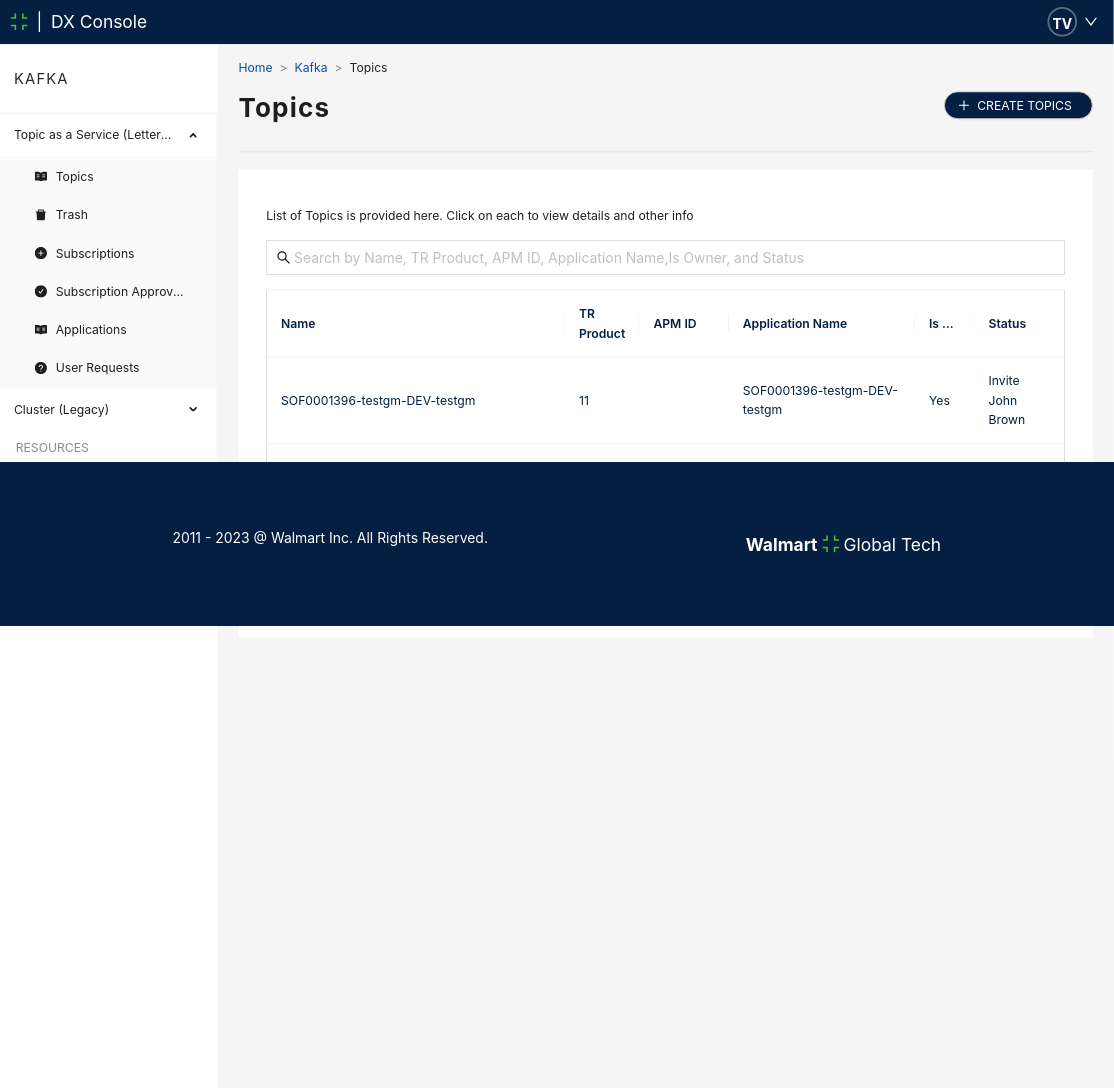
Repository: Qianying-Chai/kafka
Page: /kafka/topics
The author's editor kept a copy of each file at every save. The page is drawn from the files as they stood at one save, then again after the next save.
The browser window is 1280 px wide. The pictures show the whole page, at 87% of full size.
The project was rebuilt for these pictures with package versions that can differ from the ones it lists, and the page was loaded fresh each time. Also part of the build but not shown: src/pages/Taas/Trash/Style/Trash.css, src/pages/Taas/Trash/Trash.jsx, src/pages/Taas/SubscriptionApprovals/SubscriptionApprovals.jsx, src/pages/Taas/Subscriptions/SubscriptionsNonProxy/SubscriptionsNonProxy.jsx, src/pages/Taas/Subscriptions/SubscriptionsProxy/SubscriptionsProxy.jsx, src/pages/Taas/Applications/Applications.jsx, src/pages/Taas/UserRequests/UserRequests.jsx, src/pages/Cluster/Style/Clusters.css and 7 more.

Above is the page before, as saved 2024-01-15 15:55:03.

### src/index.js
import React from "react";
import ReactDOM from "react-dom/client";
import App from "./App";
import { BrowserRouter } from "react-router-dom";
import { Provider } from "react-redux";
import store from "../src/redux/store";
import "./style/index.css";

const root = ReactDOM.createRoot(document.getElementById("root"));
root.render(
  <Provider store={store}>
    <BrowserRouter>
      <App />
    </BrowserRouter>
  </Provider>
);

### src/App.js
import Header from "./pages/common/Header";
import Sider from "./pages/common/Sider.jsx";
import categoryConstants from "./pages/common/categoryConstants";
import Topics from "./pages/Taas/Topics/Topics";
import Trash from "./pages/Taas/Trash/Trash";
import SubscriptionApprovals from "./pages/Taas/SubscriptionApprovals/SubscriptionApprovals";
import SubscriptionsNonProxy from "./pages/Taas/Subscriptions/SubscriptionsNonProxy/SubscriptionsNonProxy";
import SubscriptionsProxy from "./pages/Taas/Subscriptions/SubscriptionsProxy/SubscriptionsProxy";
import Applications from "./pages/Taas/Applications/Applications";
import UserRequests from "./pages/Taas/UserRequests/UserRequests";
import Clusters from "./pages/Cluster/Clusters";
import MigratedClusters from "./pages/Cluster/MigratedClusters";
import Subscription from "./pages/Cluster/Subscription";
import UserRequestsLegacy from "./pages/Cluster/UserRequestsLegacy";
import CreateTopics from "./pages/Taas/Topics/CreateTopics.jsx";
import Support from "./pages/Resources/Support";
import Footer from "./pages/common/Footer";
import { Routes, Route } from "react-router-dom";
import { Layout } from "antd";

function App() {
  return (
    <div className="App">
      <Layout>
        <Header />
        <Layout>
          <Sider />
          <Layout
            style={{
              padding: "0 24px 24px",
              height: "fit-content",
            }}
          >
            <Routes>
              <Route
                path={`kafka/${categoryConstants.TOPICS.toLowerCase()}`}
                element={<Topics />}
              />
              <Route
                path={`kafka/${categoryConstants.TOPICS.toLowerCase()}/create`}
                element={<CreateTopics />}
              />
              <Route
                path={`kafka/${categoryConstants.TRASH.toLowerCase()}`}
                element={<Trash />}
              />
              <Route
                path={`kafka/${categoryConstants.SUBSCRIPTIONS.toLowerCase()}_active_tab=nonProxy`}
                element={<SubscriptionsNonProxy />}
              />
              <Route
                path={`kafka/${categoryConstants.SUBSCRIPTIONS.toLowerCase()}_active_tab=proxy`}
                element={<SubscriptionsProxy />}
              />
              <Route
                path={`kafka/subscriptionRequests`}
                element={<SubscriptionApprovals />}
              />
              <Route
                path={`kafka/${categoryConstants.APPLICATIONS.toLowerCase()}`}
                element={<Applications />}
              />
              <Route path={`kafka/requests`} element={<UserRequests />} />
              <Route
                path={`kafka/${categoryConstants.CLUSTERS.toLowerCase()}`}
                element={<Clusters />}
              />
              <Route
                path={`kafka/migrated-clusters`}
                element={<MigratedClusters />}
              />
              <Route
                path={`kafka/mps-clusters-subscriptions`}
                element={<Subscription />}
              />
              <Route
                path={`kafka/legacy-requests`}
                element={<UserRequestsLegacy />}
              />
              <Route
                path={`kafka/${categoryConstants.SUPPORT.toLowerCase()}`}
                element={<Support />}
              />
            </Routes>
          </Layout>
        </Layout>
        <Footer />
      </Layout>
    </div>
  );
}

export default App;

### src/redux/store.jsx
import { configureStore } from "@reduxjs/toolkit";
import reducer from "./reducer";
const store = configureStore({ reducer: reducer });
export default store;

### src/pages/common/Header.jsx
import React from "react";
import "./Style/Header.css";
import { CompressOutlined, UpOutlined, DownOutlined } from "@ant-design/icons";
import { Layout } from "antd";
import { useState } from "react";
const Header = () => {
  const [login, setLogin] = useState(true);

  return (
    <Layout>
      <Layout.Header className="header">
        <div className="header-content-left">
          <CompressOutlined className="header-left-icon" />
          <span className="header-left-divider">|</span>
          <span className="header-left-dx-console">DX Console </span>
        </div>
        <div className="header-content-right">
          <div className="user">
            <div className="user-icon">TV</div>
            {login ? (
              <DownOutlined
                className="login-button"
                onClick={() => {
                  setLogin((state) => !state);
                }}
              />
            ) : (
              <UpOutlined
                className="logout-button"
                onClick={() => {
                  setLogin((state) => !state);
                }}
              />
            )}
          </div>
          <div
            className="logout-pop-up"
            style={{
              display: login ? "none" : "block",
            }}
          >
            LOGOUT
          </div>
        </div>
      </Layout.Header>
    </Layout>
  );
};
export default Header;

### src/pages/common/Sider.jsx
import React from "react";
import { Link } from "react-router-dom";
import "./Style/Sider.css";
import {
  ReadFilled,
  DeleteFilled,
  PlusCircleFilled,
  CheckCircleFilled,
  QuestionCircleFilled,
  HddFilled,
  SettingFilled,
} from "@ant-design/icons";
import { Layout, Menu, theme, ConfigProvider } from "antd";
import categoryConstants from "./categoryConstants";

const Sider = () => {
  const {
    token: { colorBgContainer },
  } = theme.useToken();

  const items = [
    {
      key: "Topic as a Service (Lettera)",
      label: "Topic as a Service (Lettera)",
      children: [
        {
          key: "Topics",
          label: (
            <Link to={`kafka/${categoryConstants.TOPICS.toLowerCase()}`}>
              {categoryConstants.TOPICS}
            </Link>
          ),
          icon: React.createElement(ReadFilled),
        },
        {
          key: "Trash",
          label: (
            <Link to={`kafka/${categoryConstants.TRASH.toLowerCase()}`}>
              {categoryConstants.TRASH}
            </Link>
          ),
          icon: React.createElement(DeleteFilled),
        },
        {
          key: "Subscriptions",
          label: (
            <Link
              to={`kafka/${categoryConstants.SUBSCRIPTIONS.toLowerCase()}_active_tab=nonProxy`}
            >
              {categoryConstants.SUBSCRIPTIONS}
            </Link>
          ),
          icon: React.createElement(PlusCircleFilled),
        },
        {
          key: "Subscription Approvals",
          label: (
            <Link to={`kafka/subscriptionRequests`}>
              {categoryConstants.SUBSCRIPTIONS_APPROVALS.replace("_", " ")}
            </Link>
          ),
          icon: React.createElement(CheckCircleFilled),
        },
        {
          key: "Applications",
          label: (
            <Link to={`kafka/${categoryConstants.APPLICATIONS.toLowerCase()}`}>
              {categoryConstants.APPLICATIONS}
            </Link>
          ),
          icon: React.createElement(ReadFilled),
        },
        {
          key: "User Requests",
          label: (
            <Link to={`kafka/requests`}>
              {categoryConstants.USER_REQUESTS.replace("_", " ")}
            </Link>
          ),
          icon: React.createElement(QuestionCircleFilled),
        },
      ],
    },
    {
      label: <div>Cluster (Legacy)</div>,
      key: "Cluster (Legacy)",
      children: [
        {
          key: "Clusters",
          label: (
            <Link to={`kafka/${categoryConstants.CLUSTERS.toLowerCase()}`}>
              {categoryConstants.CLUSTERS}
            </Link>
          ),
          icon: React.createElement(HddFilled),
        },
        {
          key: "Migrated Clusters",
          label: (
            <Link to={`kafka/migrated-clusters`}>
              {categoryConstants.MIGRATED_CLUSTERS.replace("_", " ")}
            </Link>
          ),
          icon: React.createElement(HddFilled),
        },
        {
          key: "Subscription",
          label: (
            <Link to={`kafka/mps-clusters-subscriptions`}>
              {categoryConstants.SUBSCRIPTION}
            </Link>
          ),
          icon: React.createElement(PlusCircleFilled),
        },
        {
          key: "User Requests (Legacy)",
          label: (
            <Link to={`kafka/legacy-requests`}>User Requests (Legacy)</Link>
          ),
          icon: React.createElement(QuestionCircleFilled),
        },
      ],
    },
    {
      label: <div>RESOURCES</div>,
      type: "group",
      key: "RESOURCES",
      children: [
        {
          key: "Supprot",
          label: (
            <Link to={`kafka/${categoryConstants.SUPPORT.toLowerCase()}`}>
              {categoryConstants.SUPPORT}
            </Link>
          ),
          icon: React.createElement(SettingFilled),
        },
      ],
    },
  ];

  return (
    <ConfigProvider
      theme={{
        components: {
          Menu: {
            itemHoverBg: "",
            itemHoverColor: "#1890ff",
            padding: 30,
          },
          Tabs: {
            inkBarColor: "rgb(4, 31, 65)",
          },
        },
      }}
    >
      <Layout.Sider
        className="sider"
        width={"250px"}
        style={{
          background: colorBgContainer,
        }}
      >
        <div className="slider-top">
          <span className="slider-top-content">KAFKA</span>
        </div>
        <div
          style={{
            marginLeft: "-12px",
          }}
        >
          <div></div>
          <Menu
            mode="inline"
            items={items}
            defaultOpenKeys={["Topic as a Service (Lettera)", "RESOURCES"]}
            style={{
              color: "#041f41",
            }}
          />
        </div>
      </Layout.Sider>
    </ConfigProvider>
  );
};
export default Sider;

### src/pages/common/categoryConstants.jsx
const categoryConstants = {
  TOPICS: "Topics",
  TRASH: "Trash",
  SUBSCRIPTIONS: "Subscriptions",
  SUBSCRIPTIONS_APPROVALS: "Subscription Approvals",
  APPLICATIONS: "Applications",
  USER_REQUESTS: "User Requests",
  CLUSTERS: "Clusters",
  MIGRATED_CLUSTERS: "Migrated Clusters",
  SUBSCRIPTION: "Subscription",
  USERE_REQUESTS_LEGACY: "User Requests (Legacy)",
  SUPPORT: "Support",
  CREATE_TOPICS: "Create Topics",
};

export default categoryConstants;

### src/pages/Taas/Topics/Topics.jsx
import React from "react";
import ComponentsTable from "../../Components/ComponentsTable";
import ComponentsInput from "../../Components/ComponentsInput";
import ComponentsPagination from "../../Components/ComponentsPagination";
import categoryConstants from "../../common/categoryConstants";
import ComponentsContent from "../../Components/ComponentsContent";
import ComponentsBreadcrumb from "../../Components/ComponentsBreadcrumb";
import ComponentsTitle from "../../Components/ComponentsTitle";
import { Space, Button } from "antd";
import { PlusOutlined } from "@ant-design/icons";
import { Link } from "react-router-dom";

const Topics = () => {
  const columns = [
    {
      title: "Name",
      dataIndex: "Name",
      key: "Name",
      width: "40%",
      // render: (text) => <a>{text}</a>,
      render: (_, record) => (
        <Space size="middle">
          <a> SOF0001396-testgm-DEV-testgm</a>
        </Space>
      ),
    },
    {
      title: <div>TR Product</div>,
      dataIndex: "Topic Name",
      key: "Topic Name",
      width: "10%",
      render: (_, record) => (
        <Space size="middle">
          <a> 11</a>
        </Space>
      ),
    },
    {
      title: "APM ID",
      dataIndex: "APM ID",
      key: "APM ID",
      width: "12%",
    },
    {
      title: "Application Name",
      key: "Application on Name",
      dataIndex: "Application on Name",
      width: "25%",
      // render: (_, { tags }) => (
      //   <>
      //     {tags.map((tag) => {
      //       let color = tag.length > 5 ? "geekblue" : "green";
      //       if (tag === "loser") {
      //         color = "volcano";
      //       }
      //       return (
      //         <Tag color={color} key={tag}>
      //           {tag.toUpperCase()}
      //         </Tag>
      //       );
      //     })}
      //   </>
      // ),
      render: (_, record) => (
        <Space size="middle">
          <a> SOF0001396-testgm-DEV-testgm</a>
        </Space>
      ),
    },
    {
      title: "Is Owner",
      key: "Is Owner",
      width: "8%",
      ellipsis: true,
      render: (_, record) => (
        <Space size="middle">
          <a>Yes</a>
        </Space>
      ),
    },
    {
      title: "Status",
      key: "Status",
      width: "12%",
      render: (_, record) => (
        <Space size="middle">
          <a>Invite {record.name}</a>
        </Space>
      ),
    },
  ];
  const data = [
    {
      key: "1",
      name: "John Brown",
      age: 32,
      address: "New York No. 1 Lake Park",
      tags: ["nice", "developer"],
    },
    {
      key: "2",
      name: "Jim Green",
      age: 42,
      address: "London No. 1 Lake Park",
      tags: ["loser"],
    },
    {
      key: "3",
      name: "Joe Black",
      age: 32,
      address: "Sydney No. 1 Lake Park",
      tags: ["cool", "teacher"],
    },
  ];
  return (
    <>
      <div>
        <ComponentsBreadcrumb
          items={[
            {
              title: "Home",
            },
            {
              title: "Kafka",
            },
            {
              title: categoryConstants.TOPICS,
            },
          ]}
        />
        <div className="content-banner">
          <ComponentsTitle title={categoryConstants.TOPICS} />
          <Button shape="round" size="medium" className="content-banner-button">
            <PlusOutlined />
            {`CREATE ${categoryConstants.TOPICS.toLocaleUpperCase()}`}
            <Link
              to={`/kafka/${categoryConstants.TOPICS.toLowerCase()}/create`}
            ></Link>
          </Button>
        </div>
      </div>
      <ComponentsContent>
        <p className="content-text">
          List of Topics is provided here. Click on each to view details and
          other info
        </p>
        <ComponentsInput
          placeholder={
            "Search by Name, TR Product, APM ID, Application Name,Is Owner, and Status"
          }
        />
        <ComponentsTable columns={columns} data={data} />
        <ComponentsPagination showQuickJumper defaultPageSize={25} total={25} />
      </ComponentsContent>
    </>
  );
};
export default Topics;

### src/pages/common/Footer.jsx
import React from "react";
import { Layout } from "antd";
import { CompressOutlined } from "@ant-design/icons";
import "./Style/Footer.css";

const Footer = () => {
  return (
    <Layout.Footer className="footer">
      <div className="footer-text-left">
        2011 - 2023 @ Walmart Inc. All Rights Reserved.
      </div>
      <div className="footer-text-right">
        <span className="footer-text-right-walmart">Walmart</span>
        <CompressOutlined className="footer-icon" />
        <span className="footer-text-right-global-tech">Global Tech</span>
      </div>
    </Layout.Footer>
  );
};

export default Footer;

### src/redux/reducer.jsx
import { SET_PATH_NAME, SET_SELECTED_TAAS_SUBSCRIPTIONS } from "./constants";
const initialState = {
  pathName: "",
  selectedTaasSubscriptions: "nonProxy",
};
const reducer = (state = initialState, action) => {
  const { type, payload } = action;
  switch (type) {
    case SET_PATH_NAME:
      return { ...state, pathName: payload };
    case SET_SELECTED_TAAS_SUBSCRIPTIONS:
      return { ...state, selectedTaasSubscriptions: payload };
    default:
      return state;
  }
};

export default reducer;

### src/pages/common/Style/Header.css
.header {
  justify-content: space-between;
  padding: 0 12px;
  background-color: rgb(4, 31, 65);
  height: 51px;
  line-height: 51px;
  color: #ffffff;
}

.header,
.user {
  display: flex;
}

.header-content-left {
  font-size: 20px;
}

.header-left-icon {
  color: #32cd32;
}

.header-left-divider {
  margin: 0 10px;
}

.header-content-right {
  font-weight: bolder;
  flex-direction: column;
  font-size: 1rem;
  width: 76px;
  padding-left: 12px;
}

.user {
  margin: 8px 0px;
}
.user-icon {
  height: 34px;
  line-height: 34px;
  width: 34px;
  border-radius: 50%;
  text-align: center;
}
.user-icon,
.logout-pop-up {
  border: 2px solid rgba(225, 225, 225, 0.4);
}

.login-button,
.logout-button {
  padding-left: 8px;
}

.logout-pop-up {
  transition: all 10s ease-out;
  width: 100px;
  height: 60px;
  line-height: 60px;
  position: absolute;
  right: 0px;
  z-index: 999;
  font-size: 15px;
  letter-spacing: 1pt;
  text-align: center;
  justify-content: center;
  color: rgb(94, 91, 91);
  box-shadow: 0px 0px 4px 4px rgba(176, 174, 174, 0.4);
}

### src/pages/common/Style/Sider.css
.sider {
  min-height: 1200px;
}

.slider-top {
  height: 80px;
  border-bottom: 1px solid rgb(239, 239, 239);
}
.slider-top-content {
  height: 100%;
  display: flex;
  align-items: center;
  margin-left: 16px;
  letter-spacing: 1pt;
  font-size: 17px;
  color: #000000d9;
}

### src/pages/Components/ComponentsTable.jsx
import { ConfigProvider, Table } from "antd";

const ComponentsTable = (props) => {
  return (
    <ConfigProvider
      theme={{
        components: {
          Table: {
            headerBg: "#ffffff",
            headerColor: "#041F41",
          },
        },
        token: {
          colorLink: "rgb(4, 31, 65)",
          borderRadius: 0,
        },
      }}
    >
      <Table
        style={{ border: "1px solid	#d7d7d7", margin: "12px 0" }}
        columns={props.columns}
        dataSource={props.data}
        pagination={false}
      />
    </ConfigProvider>
  );
};

export default ComponentsTable;

### src/pages/Components/ComponentsInput.jsx
import { SearchOutlined } from "@ant-design/icons";
import { Input } from "antd";

const ComponentsInput = (props) => {
  return (
    <>
      <Input
        size="large"
        placeholder={props.placeholder}
        prefix={<SearchOutlined />}
        style={{ borderRadius: "0px", marginBottom: "5px" }}
      />
    </>
  );
};

export default ComponentsInput;

### src/pages/Components/ComponentsPagination.jsx
import React from "react";
import { Pagination, ConfigProvider } from "antd";

const ComponentsPagination = (props) => {
  return (
    <>
      <ConfigProvider
        theme={{
          token: {
            borderRadius: 0,
          },
        }}
      >
        <Pagination
          defaultCurrent={1}
          size="small"
          showSizeChanger
          showQuickJumper={props.showQuickJumper}
          defaultPageSize={props.defaultPageSize}
          total={props.total}
          style={{ display: "flex", justifyContent: "end" }}
        />
      </ConfigProvider>
    </>
  );
};

export default ComponentsPagination;

### src/pages/Components/ComponentsContent.jsx
import React from "react";
import "../common/Style/Content.css";
import { Layout, theme } from "antd";

const ComponentsContent = (props) => {
  const {
    token: { colorBgContainer },
  } = theme.useToken();

  return (
    <div>
      <Layout.Content
        style={{
          padding: "20px 32px 32px",
          minHeight: 280,
          background: colorBgContainer,
        }}
        {...props}
      ></Layout.Content>
    </div>
  );
};
export default ComponentsContent;

### src/pages/Components/ComponentsBreadcrumb.jsx
import React from "react";
import { Breadcrumb, ConfigProvider } from "antd";

const ComponentsBreadcrumb = (props) => {
  return (
    <ConfigProvider
      theme={{
        components: {
          Breadcrumb: {
            lastItemColor: "#000000D9",
            linkColor: "#075179",
            itemColor: "#0751A9",
            linkHoverColor: "#F5F5F5",
          },
          token: {
            colorBgTextHover: "#F5F5F5",
          },
        },
      }}
    >
      <div>
        <Breadcrumb
          style={{
            margin: "16px 0",
          }}
          separator=">"
          items={props.items}
        ></Breadcrumb>
      </div>
    </ConfigProvider>
  );
};
export default ComponentsBreadcrumb;

### src/pages/Components/ComponentsTitle.jsx
import React from "react";
import { Typography, ConfigProvider } from "antd";
const { Title } = Typography;

const ComponentsTitle = (props) => {
  return (
    <>
      <ConfigProvider
        theme={{
          components: {
            token: {
              colorText: "#041E42",
            },
          },
        }}
      >
        <Title level={2} style={{ fontWeight: "bold" }}>
          {props.title}
        </Title>
      </ConfigProvider>
    </>
  );
};

export default ComponentsTitle;

### src/pages/common/Style/Footer.css
.footer {
  text-emphasis-style: center;
  background-color: #041f41;
  color: white;
  display: flex;
  justify-content: space-around;
  height: 189px;
  align-items: center;
  width: 100%;
  position: fixed;
  bottom: 0;
}

.footer-icon {
  font-size: 20px;
  color: #32cd32;
}

.footer-text-left {
  font-size: 16px;
  margin-bottom: 16px;
}

.footer-text-right {
  font-size: 20px;
}

.footer-text-right-walmart {
  font-weight: bold;
  padding-right: 5px;
}

.footer-text-right-global-tech {
  padding-left: 5px;
}

### src/redux/constants.jsx
const SET_PATH_NAME = "SET_PATH_NAME";
const SET_SELECTED_TAAS_SUBSCRIPTIONS = "SET_SELECTED_TAAS_SUBSCRIPTIONS";
export { SET_PATH_NAME };
export { SET_SELECTED_TAAS_SUBSCRIPTIONS };

### src/pages/common/Style/Content.css
.content-banner {
  height: 70px;
  display: flex;
  justify-content: space-between;
  background-color: #f5f5f5;
  color: #041e42;
  letter-spacing: 1pt;
  border-bottom: 1px solid rgba(167, 164, 164, 0.3);
  margin-bottom: 20px;
  padding-bottom: 15px;
}

.content-banner-button {
  background-color: #041f41;
  color: #ffffff;
}

.content-text {
  margin: 24px 0 20px;
}

Loaded but not shown: public/index.html (common file); src/style/index.css (common file)

After the next save:
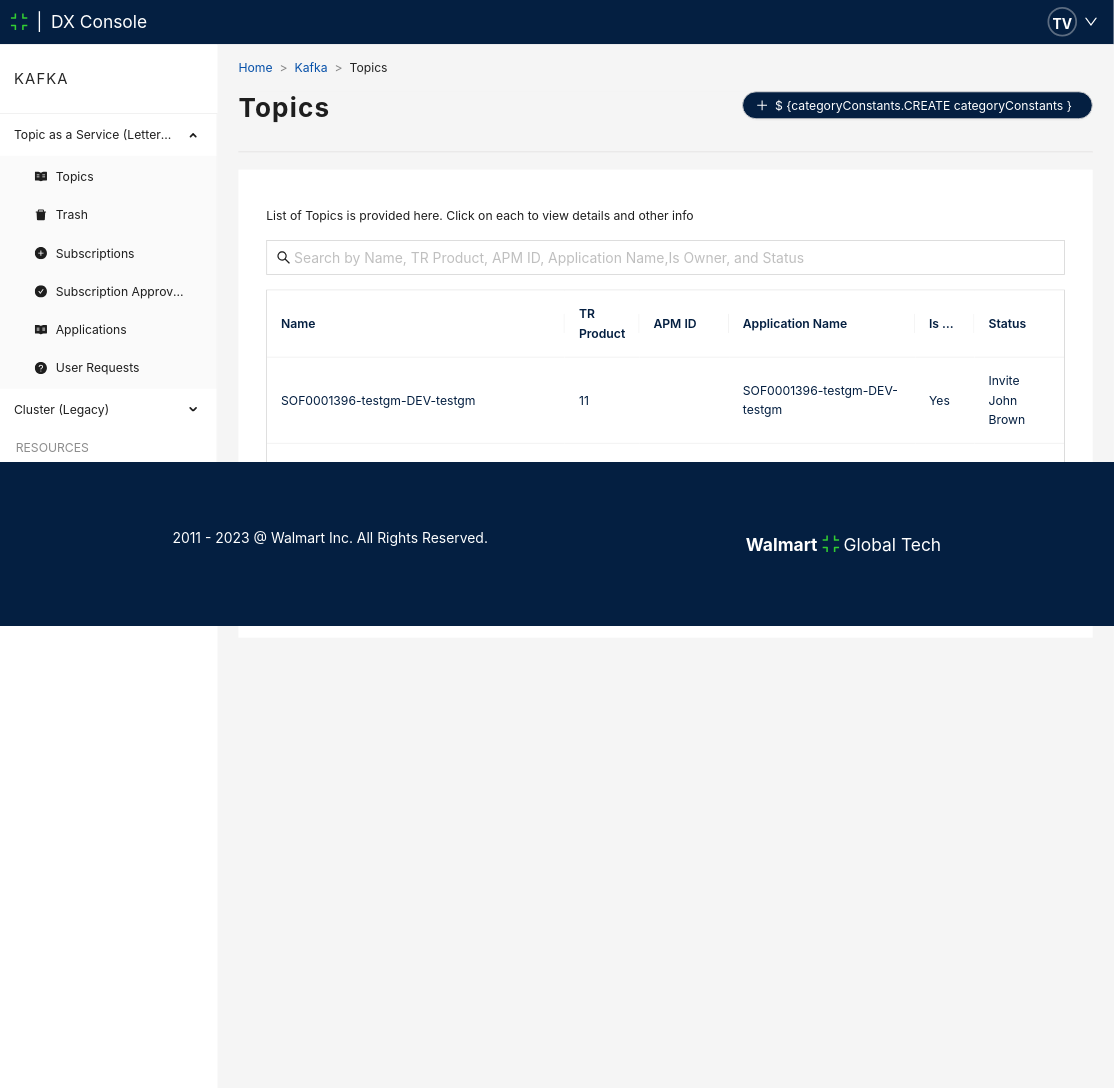
Saved 89 s later.
--- a/src/pages/Taas/Topics/Topics.jsx
+++ b/src/pages/Taas/Topics/Topics.jsx
@@ -132,7 +132,7 @@
           <ComponentsTitle title={categoryConstants.TOPICS} />
           <Button shape="round" size="medium" className="content-banner-button">
             <PlusOutlined />
-            {`CREATE ${categoryConstants.TOPICS.toLocaleUpperCase()}`}
+            {`$ {categoryConstants.CREATE categoryConstants }`}
             <Link
               to={`/kafka/${categoryConstants.TOPICS.toLowerCase()}/create`}
             ></Link>
